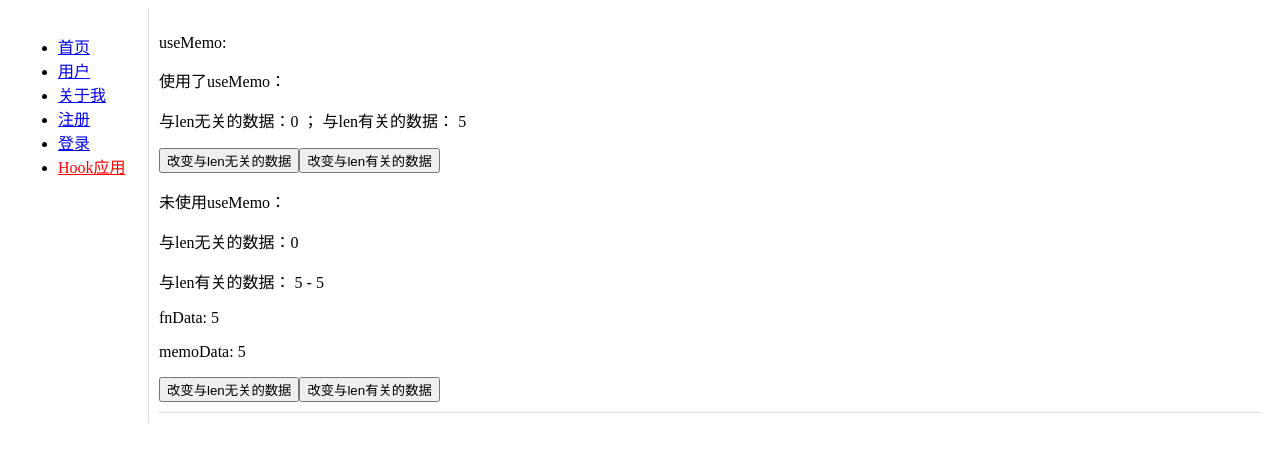
Repository: shellingfordly/js-library-Demo
Page: /hook (app in demo/react/demo/)
The author's editor kept a copy of each file at every save. The page is drawn from the files as they stood at one save, then again after the next save.
The browser window is 1280 px wide. The pictures show the whole page.
The project was rebuilt for these pictures with package versions that can differ from the ones it lists, and the page was loaded fresh each time. Also part of the build but not shown: demo/react/demo/src/views/home/components/UseReducer.js, demo/react/demo/src/views/home/components/SetTimeout.js, demo/react/demo/src/views/home/hook/context.js, demo/react/demo/src/views/home/components/context/useContext.js, demo/react/demo/src/views/home/components/context/contextType.js, demo/react/demo/src/views/home/components/context/consumer.js, demo/react/demo/src/views/home/utils/highComponent.js, demo/react/demo/src/views/home/Home.js and 12 more.

Above is the page before, as saved 2021-01-17 23:21:09.

After the next save:
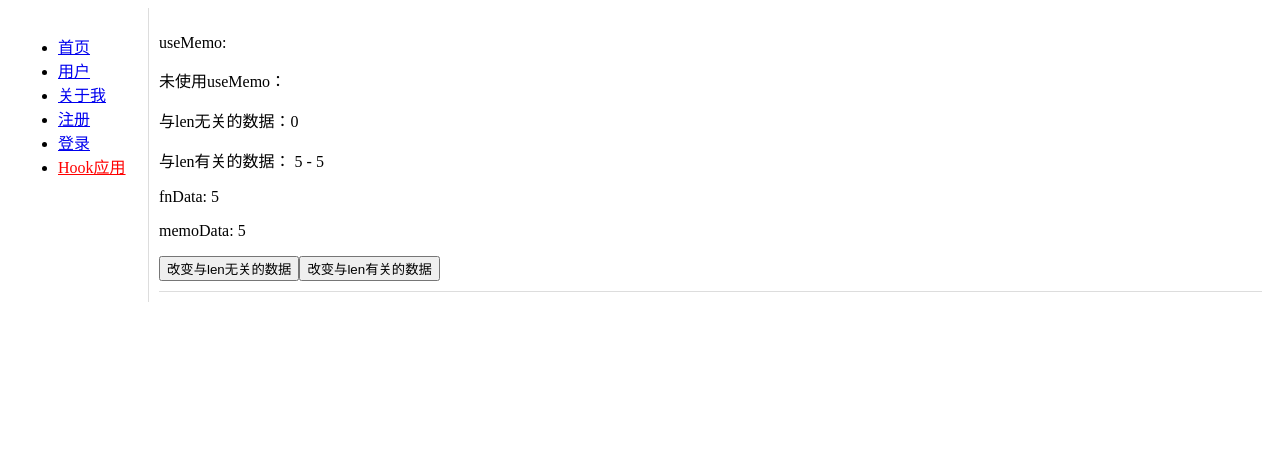
Saved 21 s later.
--- a/demo/react/demo/src/views/HookComponent/index.js
+++ b/demo/react/demo/src/views/HookComponent/index.js
@@ -6,7 +6,7 @@ export default function HookComponent() {
     <div>
       <div className="b-line">
         <p>useMemo: </p>
-        <UseMemoComponent />
+        {/* <UseMemoComponent /> */}
         <UseFunComponent />
       </div>
     </div>
